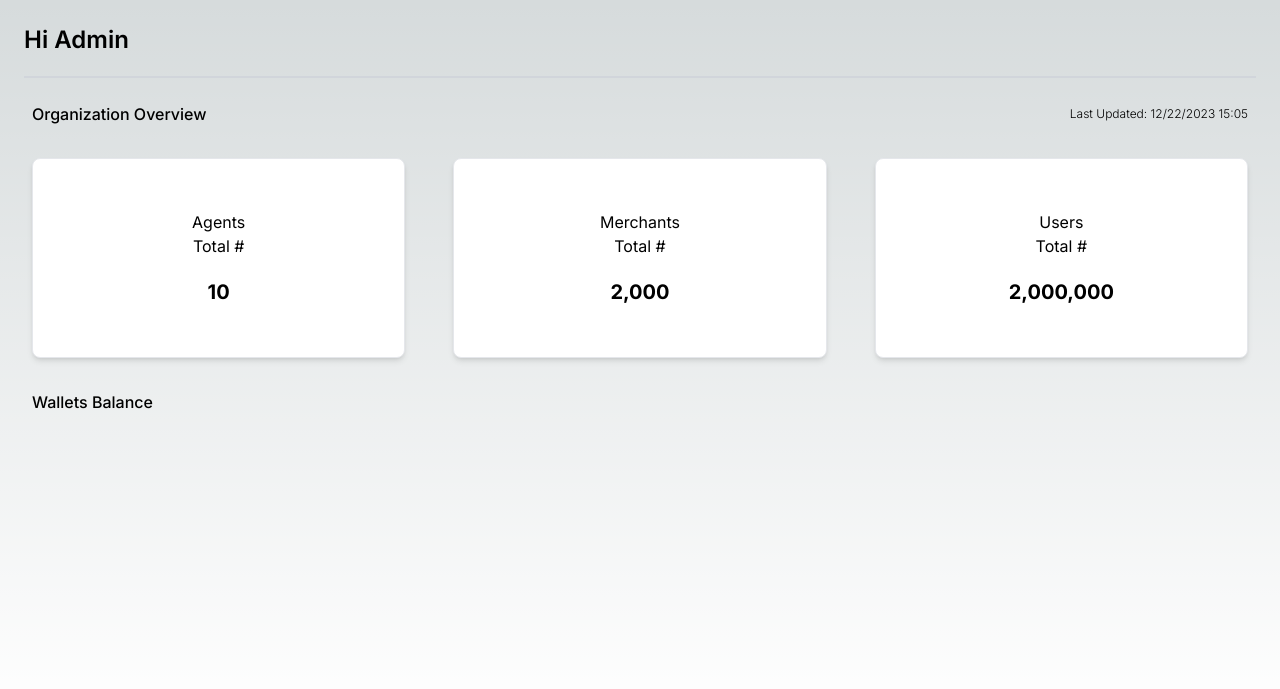
Repository: khairul35/merchant-dashboard
Page: /home
These files come from the project's save history. The page is drawn as it stood at one moment and after the next save; the edit follows.
The browser window is 1280 px wide. The pictures show the whole page.
The project was rebuilt for these pictures with package versions that can differ from the ones it lists, and the page was loaded fresh each time. The framework's server and built-in components were replaced by stand-ins that run in the browser. Also part of the build but not shown: next.config.js, app/components/layout/Header/index.module.css, app/components/layout/Header/index.component.tsx, app/components/layout/Navigation/index.module.css, app/components/layout/Navigation/index.component.tsx, app/components/layout/Navigation/menus.tsx.

Above is the page before, as saved 2024-01-03 17:24:49.

### app/layout.tsx
import type { Metadata } from 'next'
import { Inter } from 'next/font/google'
import Header from './components/layout/Header';
import Navigation from './components/layout/Navigation';
import { NotificationProvider } from './components/notification/NotificationContext.client';
import './globals.css';

const inter = Inter({ subsets: ['latin'] })

export const metadata: Metadata = {
  title: 'Merchant apps',
  description: 'Merchant web app',
}

export default function RootLayout({
  children,
}: {
  children: React.ReactNode
}) {
  return (
    <html lang="en">
      <body className={inter.className}>
        <NotificationProvider>
          <div className='flex flex-col h-screen overflow-hidden'>
            <Header />
            <div
              className="flex flex-1"
              style={{
                maxHeight: 'calc(100vh - 77px)',
              }}>
              <Navigation />
              <main className="flex-1 p-4">{children}</main>
            </div>
          </div>
        </NotificationProvider>
      </body>
    </html>
  )
}

### app/home/page.tsx
import Component from "./index.component";
import { HomeProps } from "./index.prop";

const Home = () => {
    const name = 'Admin';
    const organizationOverview = {
        totalAgents: 10,
        totalMerchants: 2000,
        totalUsers: 2000000
    };

    const wallets = {
        aggregateWallet: 10000,
        commisionWallet: 2000,
        BNBVault: 10.875,
    }

    const props: HomeProps = {
        name,
        organizationOverview,
        wallets
    }
    return (<Component {...props} />)
};

export default Home;

### app/components/layout/Header/index.tsx
'use client';

import { useEffect } from "react";
import Component from './index.component'
import { HeaderProps } from "./index.props";

const Header = () => {

    const onLogOut = () => {
        window.localStorage.setItem('isLogin', 'false');
        window.location.href = '/login';
    };

    useEffect(() => {
        if (window.localStorage.getItem('isLogin') == 'true') {
        }
    }, []);

    const props: HeaderProps = {
        onLogOut
    }

    return window.localStorage.getItem('isLogin') == 'true' ?
        (
            <Component {...props} />
        )
        : (<></>)
};

export default Header;

### app/components/layout/Navigation/index.tsx
'use client'

import Component from "./index.component";
import { NavigationProps } from "./index.props";
import { useState, useEffect } from 'react';
import { menus } from "./menus";

const Navigation = () => {

    const [currentPath, setCurrentPath] = useState<string>('');

    useEffect(() => {
        setCurrentPath(window.location.pathname);
    }, []);

    const props: NavigationProps = {
        menus,
        path: currentPath,
        setCurrentPath,
    }

    return window.localStorage.getItem('isLogin') == 'true' ?
        (
            <Component {...props} />
        )
        : (<></>)
};

export default Navigation;

### app/components/notification/NotificationContext.client.tsx
'use client';
import React, { createContext, useContext, useState } from 'react';

type NotificationType = 'success' | 'error' | 'loading';

type Notification = {
  message: string;
  type: NotificationType;
};

type NotificationContextType = {
  notification: Notification | null;
  showNotification: (message: string, type: NotificationType) => void;
  closeNotification: () => void;
};

const NotificationContext = createContext<NotificationContextType | null>(null);

interface NotificationProviderProps {
  children: React.ReactNode;
}

export const useNotification = () => {
  const context = useContext(NotificationContext);
  if (!context) {
    throw new Error('useNotification must be used within a NotificationProvider');
  }
  return context;
};

export const NotificationProvider: React.FC<NotificationProviderProps> = ({ children }) => {
  const [notification, setNotification] = useState<Notification | null>(null);

  const closeNotification = () => {
    setNotification(null);
  };

  const showNotification = (message: string, type: NotificationType) => {
    setNotification({ message, type });
    setTimeout(() => {
      closeNotification();
    }, 5000);
  };

  const value: NotificationContextType = {
    notification,
    showNotification,
    closeNotification,
  };

  return (
    <NotificationContext.Provider value={value}>
      {children}
    </NotificationContext.Provider>
  );
};

### app/globals.css
@tailwind base;
@tailwind components;
@tailwind utilities;

:root {
  --foreground-rgb: 0, 0, 0;
  --background-start-rgb: 214, 219, 220;
  --background-end-rgb: 255, 255, 255;
}

body {
  color: rgb(var(--foreground-rgb));
  background: linear-gradient(
      to bottom,
      transparent,
      rgb(var(--background-end-rgb))
    )
    rgb(var(--background-start-rgb));
    margin: 0;
    padding: 0;
}

### app/home/index.component.tsx
import { HomeProps } from "./index.prop";
import styles from './index.module.css';
import OrganizationOverview from './organization-overview';
import Wallet from './wallet-balance';


const Component = (props: HomeProps) => {
    const { name, organizationOverview, wallets } = props;

    return (
        <div>
            <div className="p-2">
                <h2 className="font-semibold text-2xl pb-5 border-b-2 border-y-gray-300">Hi { name }</h2>
            </div>
            <OrganizationOverview {...organizationOverview} />
            <Wallet {...wallets} />
        </div>
    )
};

export default Component;

### app/home/organization-overview/index.tsx
import Component from "./index.component";
import { OrganizationOverviewProps } from "./index.prop";

const OrganizationOverview = (props: OrganizationOverviewProps) => {
    const { totalAgents, totalMerchants, totalUsers } = props;

    const organizationOverviewProps: OrganizationOverviewProps = {
        totalAgents,
        totalMerchants,
        totalUsers,
    }
    return (<Component {...organizationOverviewProps} />)
};

export default OrganizationOverview;

### app/home/wallet-balance/index.tsx
import { WalletProps } from "./index.prop";
import Component from "./index.component";

const WalletBalance = (props: WalletProps) => {
    return (<Component {...props} />)
};

export default WalletBalance;

### app/home/organization-overview/index.component.tsx
import Card from "@/app/components/card";
import { OrganizationOverviewProps } from "./index.prop";
import styles from './index.module.css';
import { formatNumberToComma } from "@/utils/formatNumberToComma";

const Component = (props: OrganizationOverviewProps) => {
    const { totalAgents, totalMerchants, totalUsers } = props;

    return (
        <div>
            <div className="grid grid-cols-1 sm:grid-cols-2 gap-4">
                <div className="p-4 font-medium">Organization Overview</div>
                <div className="p-4 font-light text-xs flex justify-end items-center ">Last Updated: 12/22/2023 15:05</div>
            </div>
            <div className="grid grid-cols-1 sm:grid-cols-2 md:grid-cols-2 lg:grid-cols-3 gap-4">
                <div className="p-4">
                    <Card className={styles.organizationOverviewCard}>
                        <div style={{textAlign: 'center'}}>Agents<br />Total #</div>
                        <div className="font-bold text-xl pt-5">
                            {formatNumberToComma(totalAgents)}
                        </div>
                    </Card>
                </div>
                <div className="p-4">
                    <Card className={styles.organizationOverviewCard}>
                        <div style={{textAlign: 'center'}}>Merchants<br />Total #</div>
                        <div className="font-bold text-xl pt-5">
                            {formatNumberToComma(totalMerchants)}
                        </div>
                    </Card>
                </div>
                <div className="p-4">
                    <Card className={styles.organizationOverviewCard}>
                        <div style={{textAlign: 'center'}}>Users<br />Total #</div>
                        <div className="font-bold text-xl pt-5">
                            {formatNumberToComma(totalUsers)}
                        </div>
                    </Card>
                </div>
            </div>
        </div>
    )
};

export default Component;

### app/home/wallet-balance/index.component.tsx
import { WalletProps } from "./index.prop";

const Component = (props: WalletProps) => {
    return (
        <div>
            <div className="grid grid-cols-1 sm:grid-cols-2 gap-4">
                <div className="p-4 font-medium">Wallets Balance</div>
            </div>
        </div>
    );
};

export default Component;

### app/components/card/index.tsx
'use client';

import React, { ReactNode } from 'react';

interface CardProps {
  children: ReactNode;
  className?: string;
  style?: React.CSSProperties;
  onClick?: () => void;
  hoverClassName?: string;
}

const Card: React.FC<CardProps> = ({
  children,
  className = '',
  style = {},
  onClick,
  hoverClassName = '',
}) => {
  const handleMouseEnter = () => {
    // Add hover effect on mouse enter if hoverClassName is provided
    if (hoverClassName) {
      const card = document.getElementById('card');
      card?.classList.add(hoverClassName);
    }
  };

  const handleMouseLeave = () => {
    // Remove hover effect on mouse leave if hoverClassName is provided
    if (hoverClassName) {
      const card = document.getElementById('card');
      card?.classList.remove(hoverClassName);
    }
  };

  return (
    <div
      id="card"
      className={`rounded-lg bg-white shadow-md p-6 border border-gray-200 ${className}`}
      style={style}
      onClick={onClick}
      onMouseEnter={handleMouseEnter}
      onMouseLeave={handleMouseLeave}
    >
      {children}
    </div>
  );
};

export default Card;

### app/home/organization-overview/index.module.css
.organizationOverviewCard {
    height: 200px;
    display: flex;
    justify-content: center; /* Horizontally aligns items */
    align-items: center;
    flex-direction: column;
}

### utils/formatNumberToComma.ts
export const formatNumberToComma = (n: number) : string => {
    if (!n) return '0';
    return n.toString().replace(/\B(?=(\d{3})+(?!\d))/g, ',');
};

### tailwind.config.ts
import type { Config } from 'tailwindcss'

const config: Config = {
  content: [
    './pages/**/*.{js,ts,jsx,tsx,mdx}',
    './components/**/*.{js,ts,jsx,tsx,mdx}',
    './app/**/*.{js,ts,jsx,tsx,mdx}',
  ],
  theme: {
    extend: {
      backgroundImage: {
        'gradient-radial': 'radial-gradient(var(--tw-gradient-stops))',
        'gradient-conic':
          'conic-gradient(from 180deg at 50% 50%, var(--tw-gradient-stops))',
      },
      backgroundColor: {
        'bg-color': '#EAEAEA', // Define a custom background color class
      },
      button: {
        'primary': '#7A7A7A',
      },
      fontWeight: {
        'label': '600',
      },
    },
  },
  plugins: [require("daisyui")],
  daisyui: {
    themes: [
      {
        mytheme: {
          "primary": "##7A7A7A",
          "secondary": "#d926a9",
          "accent": "#1fb2a6",
          "neutral": "#2a323c",
          "base-100": "#1d232a",
          "info": "#3abff8",
          "success": "#36d399",
          "warning": "#fbbd23",
          "error": "#f87272",
        },
      },
    ],
  },
}
export default config

### app/home/wallet-balance/index.module.css
.walletCard {
    height: 200px;
    display: flex;
    justify-content: center; /* Horizontally aligns items */
    align-items: center;
    flex-direction: column;
}

After the next save:
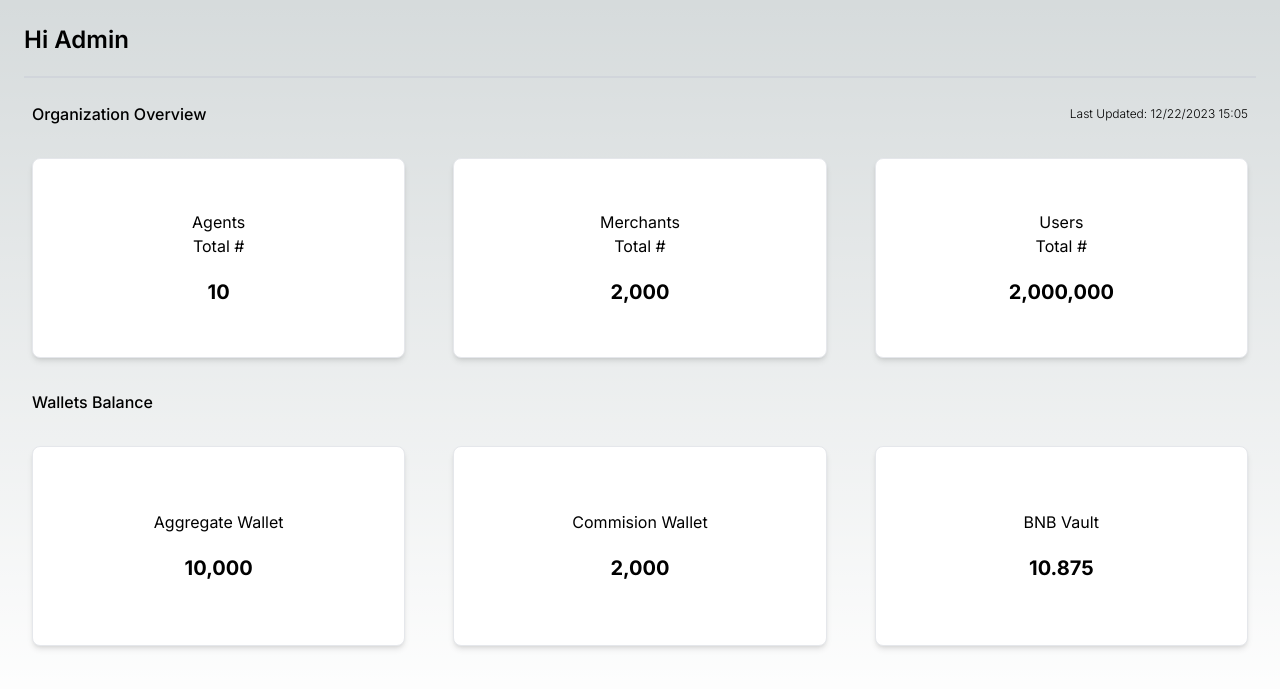
Saved 2 min 25 s later.
--- a/app/home/wallet-balance/index.component.tsx
+++ b/app/home/wallet-balance/index.component.tsx
@@ -1,10 +1,40 @@
+import Card from "@/app/components/card";
+import { formatNumberToComma } from "@/utils/formatNumberToComma";
 import { WalletProps } from "./index.prop";
+import styles from './index.module.css';
 
 const Component = (props: WalletProps) => {
+    const { aggregateWallet, commisionWallet, BNBVault } = props;
     return (
         <div>
             <div className="grid grid-cols-1 sm:grid-cols-2 gap-4">
                 <div className="p-4 font-medium">Wallets Balance</div>
+            </div>
+            <div className="grid grid-cols-1 sm:grid-cols-2 md:grid-cols-2 lg:grid-cols-3 gap-4">
+                <div className="p-4">
+                    <Card className={styles.walletCard}>
+                        <div style={{textAlign: 'center'}}>Aggregate Wallet</div>
+                        <div className="font-bold text-xl pt-5">
+                            {formatNumberToComma(aggregateWallet)}
+                        </div>
+                    </Card>
+                </div>
+                <div className="p-4">
+                    <Card className={styles.walletCard}>
+                        <div style={{textAlign: 'center'}}>Commision Wallet</div>
+                        <div className="font-bold text-xl pt-5">
+                            {formatNumberToComma(commisionWallet)}
+                        </div>
+                    </Card>
+                </div>
+                <div className="p-4">
+                    <Card className={styles.walletCard}>
+                        <div style={{textAlign: 'center'}}>BNB Vault</div>
+                        <div className="font-bold text-xl pt-5">
+                            {BNBVault}
+                        </div>
+                    </Card>
+                </div>
             </div>
         </div>
     );
